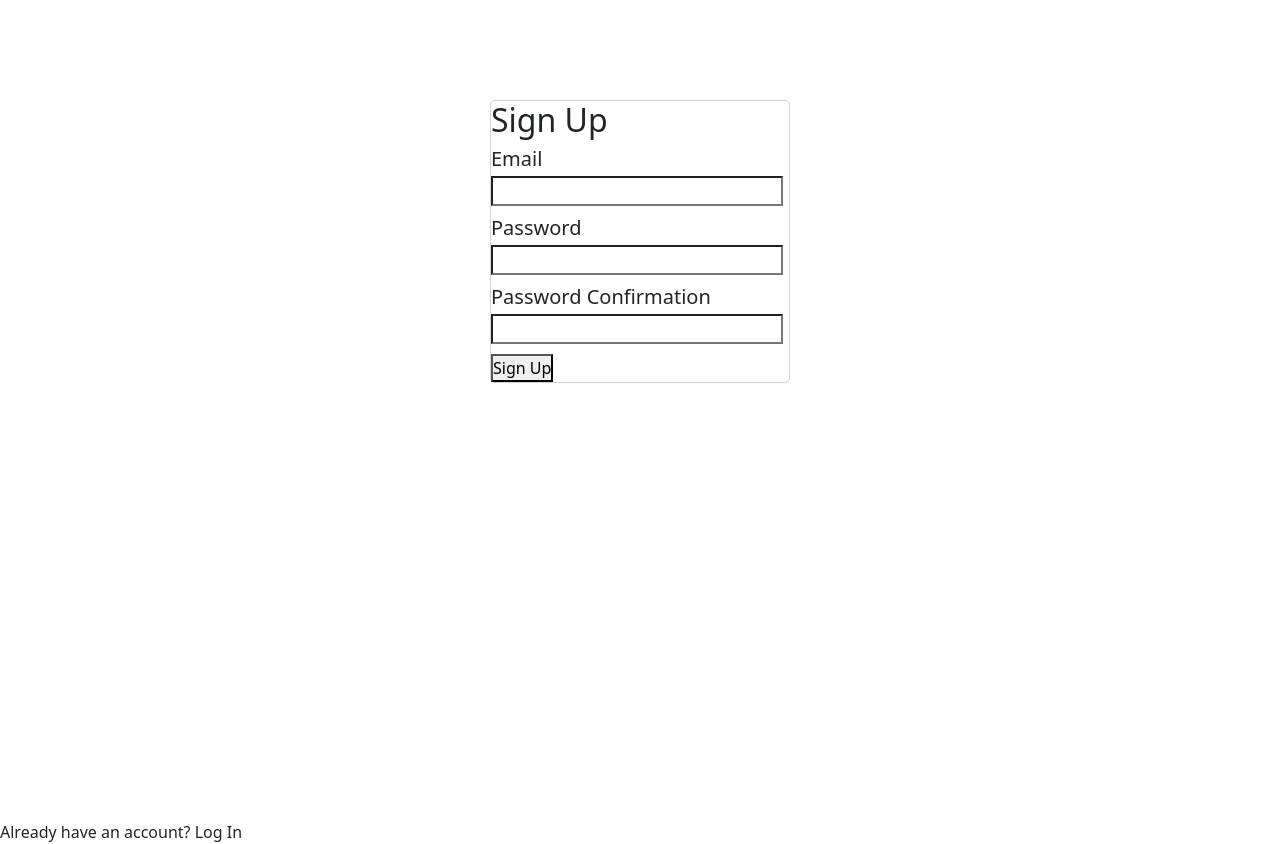
Repository: carinvid/reach-eshop
Page: /signup
The author's editor kept a copy of each file at every save. The page is drawn from the files as they stood at one save, then again after the next save.
The browser window is 1280 px wide. The pictures show the whole page.
The page's requests for data from a server got no answer. The project was rebuilt for these pictures with package versions that can differ from the ones it lists, and the page was loaded fresh each time. No one was signed in, and anything a server would have sent is missing. Also part of the build but not shown: src/Header.css, src/Header.js, src/Home.css, src/Product.css, src/Product.js, src/Home.js, src/Checkout.css, src/CheckoutProduct.css and 7 more.

Above is the page before, as saved 2022-04-06 16:08:19.

After the next save:
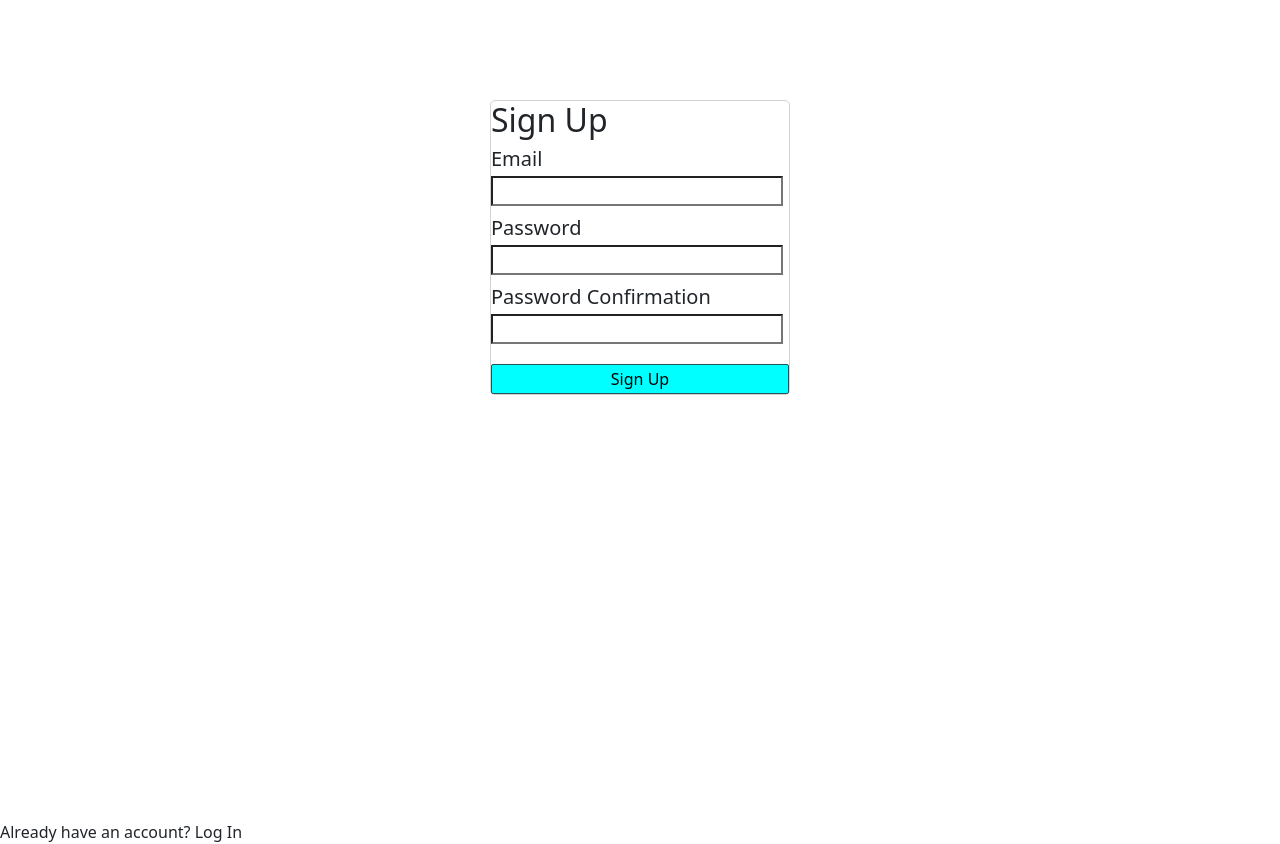
Saved 109 s later.
--- a/src/Signup.js
+++ b/src/Signup.js
@@ -23,7 +23,7 @@ export default function Signup() {
                         <h5>Password Confirmation</h5>
                         <input type="password" ref={passwordConfirmRef} required />
 
-                    <button type="submit">Sign Up</button>
+                    <button type="submit" className="signup-signupButton">Sign Up</button>
             </form>
         </div>
     </div>
--- a/src/Signup.css
+++ b/src/Signup.css
@@ -37,7 +37,7 @@
     font-size: 12px;
 }
 
-.signup-signInButton {
+.signup-signupButton {
     background: aqua;
     border-radius: 2px;
     width: 100%;
